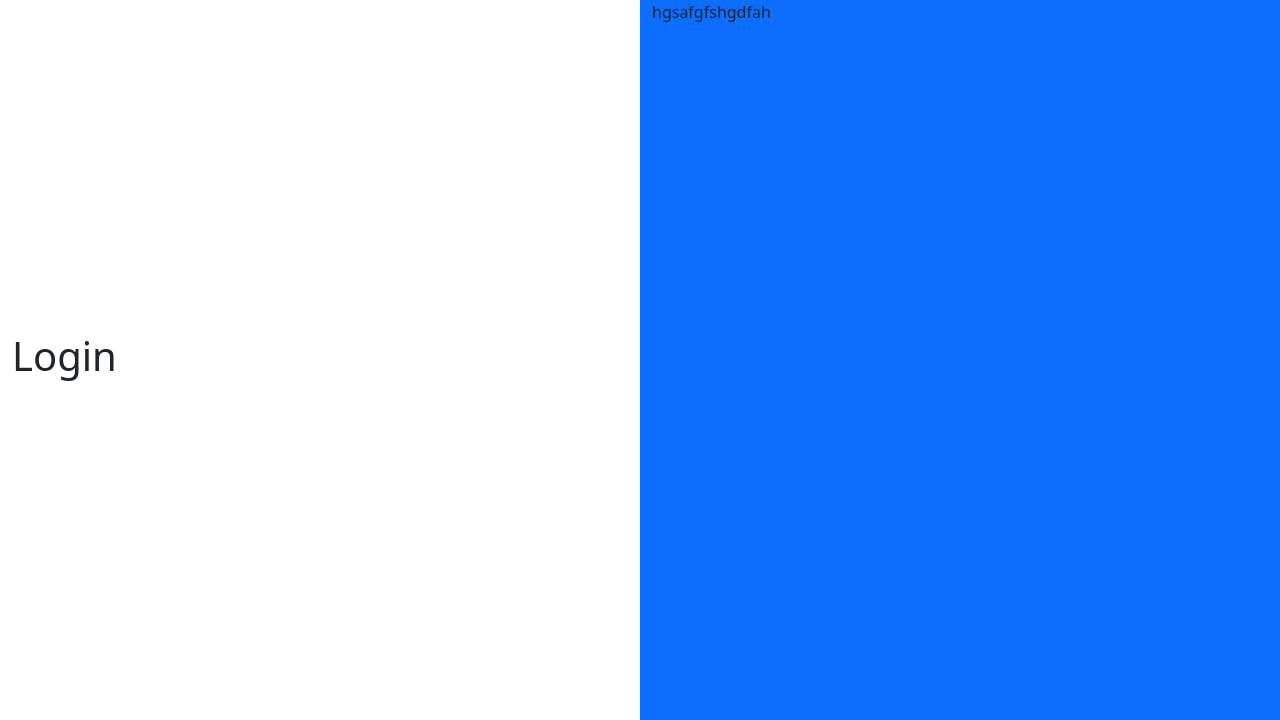
Repository: tHEO2k17/react-clean-code
Page: /#/auth
The author's editor kept a copy of each file at every save. The page is drawn from the files as they stood at one save, then again after the next save.
The browser window is 1280 px wide. The pictures show the whole page.
The project was rebuilt for these pictures with package versions that can differ from the ones it lists, and the page was loaded fresh each time. Also part of the build but not shown: src/lib/presentation/layouts/main.layout.tsx.

Above is the page before, as saved 2022-11-04 16:02:19.

After the next save:
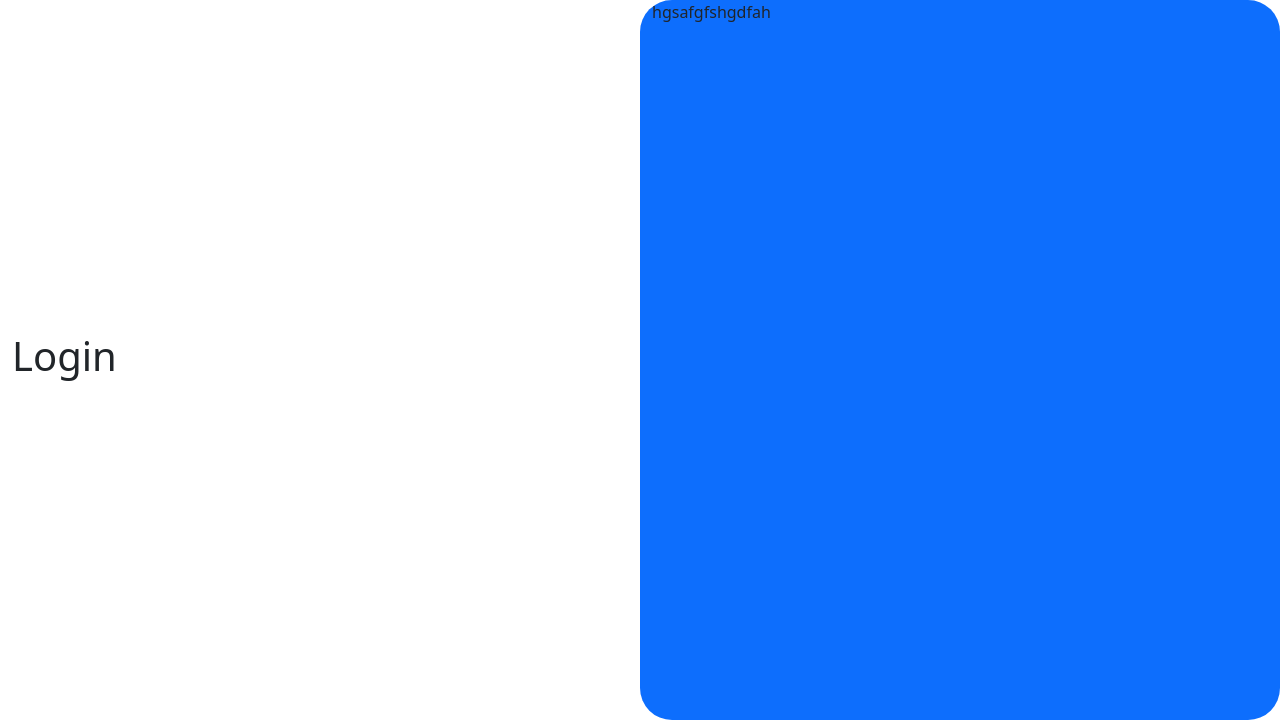
Saved 5 s later.
--- a/src/lib/presentation/layouts/auth.layout.tsx
+++ b/src/lib/presentation/layouts/auth.layout.tsx
@@ -8,7 +8,7 @@ const AuthLayout = () => {
         <Col>
           <Outlet/>
         </Col>
-        <Col className="bg-primary min-vh-100 rounded-5-start">
+        <Col className="bg-primary min-vh-100 rounded-5">
         hgsafgfshgdfah
         </Col>
       </Row>
